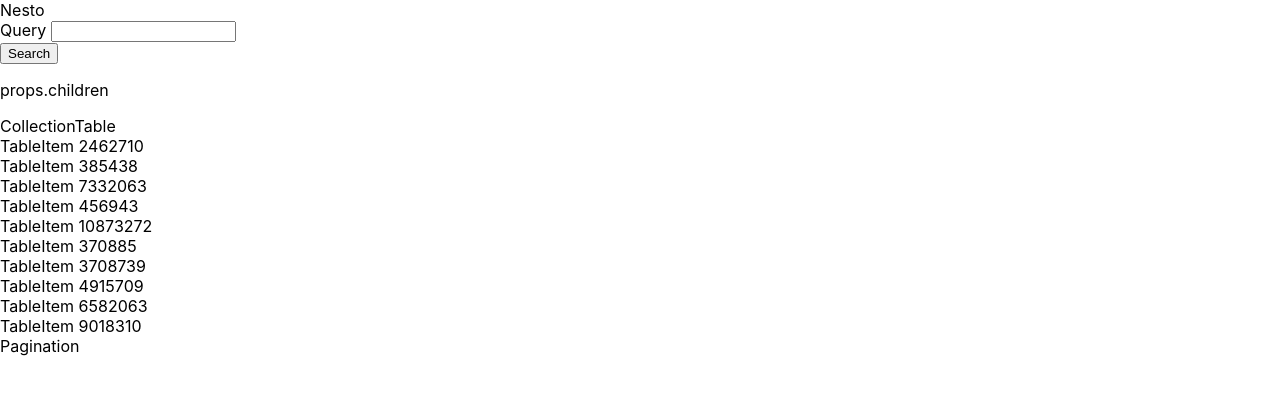
Repository: ivan-baljkas/pristupni_zadatak
Page: / (app in frontend/react-akademija-master/)
The author's editor kept a copy of each file at every save. The page is drawn from the files as they stood at one save, then again after the next save.
The browser window is 1280 px wide. The pictures show the whole page.
The project was rebuilt for these pictures with package versions that can differ from the ones it lists, and the page was loaded fresh each time.

Above is the page before, as saved 2021-07-21 12:45:45.

After the next save:
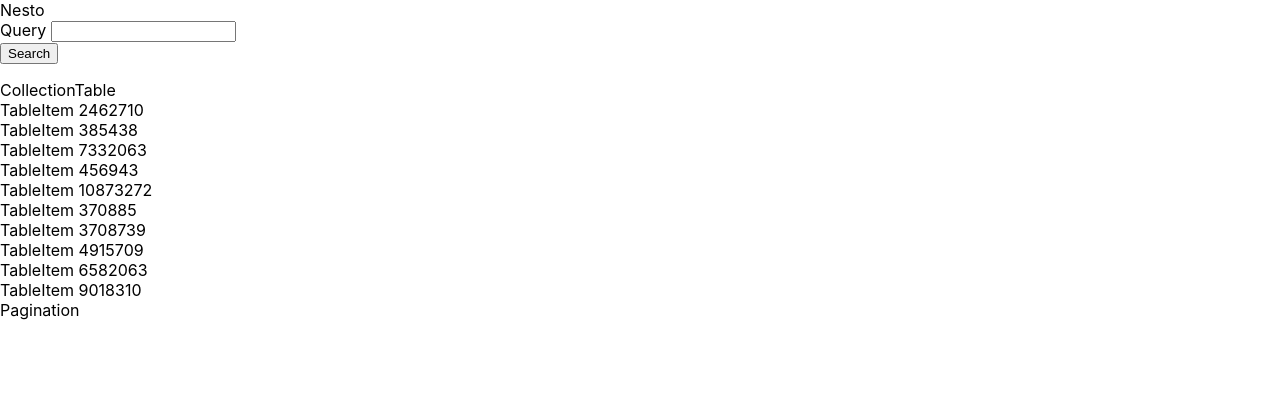
Saved 9 s later.
--- a/frontend/react-akademija-master/src/components/SearchForm.jsx
+++ b/frontend/react-akademija-master/src/components/SearchForm.jsx
@@ -12,7 +12,7 @@ export const SearchForm = (props) =>{
 
             <button type="button">Search</button>
 
-            <p>props.children</p>
+            <p>{props.children}</p>
         </div>
     );
 };
